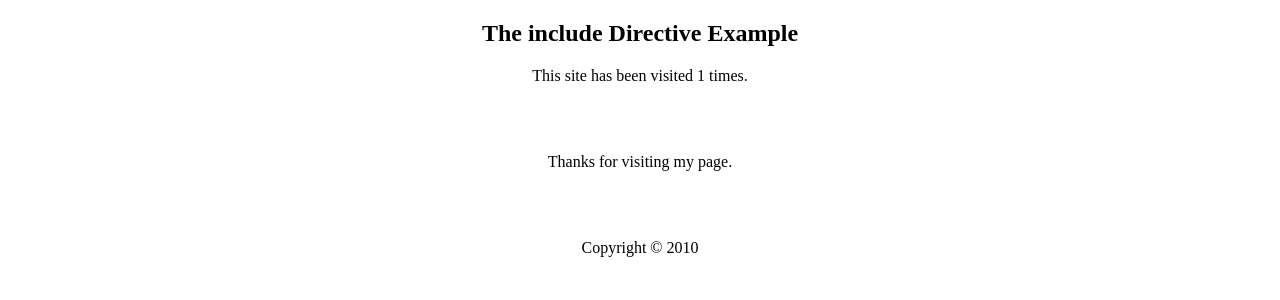
Repository: movitkr/testjava
Page: http://localhost/JavaSP/
The author's editor kept a copy of each file at every save. The page is drawn from the files as they stood at one save, then again after the next save.
The browser window is 1280 px wide. The pictures show the whole page.
The page is served by Tomcat 9.

Above is the page before, as saved 2016-02-03 09:24:09.

After the next save:
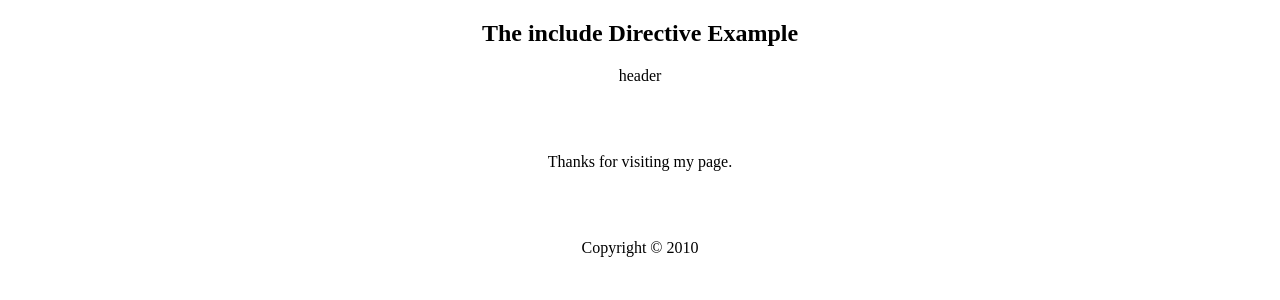
Saved 2 min 9 s later.
--- a/JavaSP/WebContent/header.jsp
+++ b/JavaSP/WebContent/header.jsp
@@ -1,13 +1,6 @@
 <%@ page language="java" contentType="text/html; charset=UTF-8"
     pageEncoding="UTF-8"%>
 <!DOCTYPE html PUBLIC "-//W3C//DTD HTML 4.01 Transitional//EN" "http://www.w3.org/TR/html4/loose.dtd">
-<%!
- int pageCount = 0;
- void addCount() {
-   pageCount++;
- }
-%>
-<% addCount(); %>
 <html>
 <head>
 <title>The include Directive Example</title>
@@ -15,6 +8,6 @@
 <body>
 <center>
 <h2>The include Directive Example</h2>
-<p>This site has been visited <%= pageCount %> times.</p>
+<p>header</p>
 </center>
 <br/><br/>
